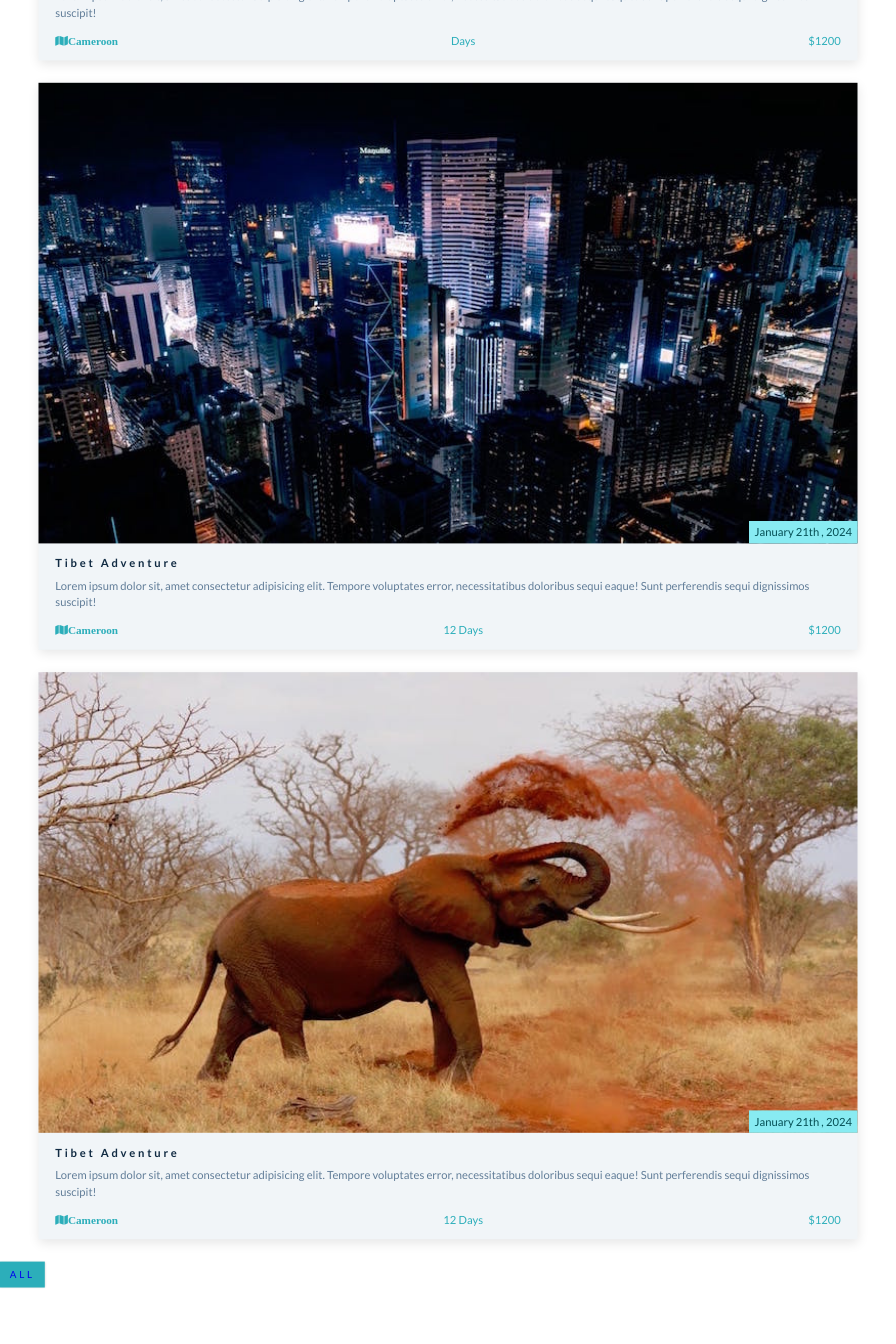
Repository: Ndifoinhilary/flexbox-project
Page: index.html
An editor plug-in stored every save of this project. The page is shown before and after the next save, followed by the edit.
The browser window is 1280 px wide. The pictures show the part of the page from y = 3545 to 5465 px (the page is 5465 px tall), at 70% of full size.

Above is the page before, as saved 2024-01-21 20:01:53.

After the next save:
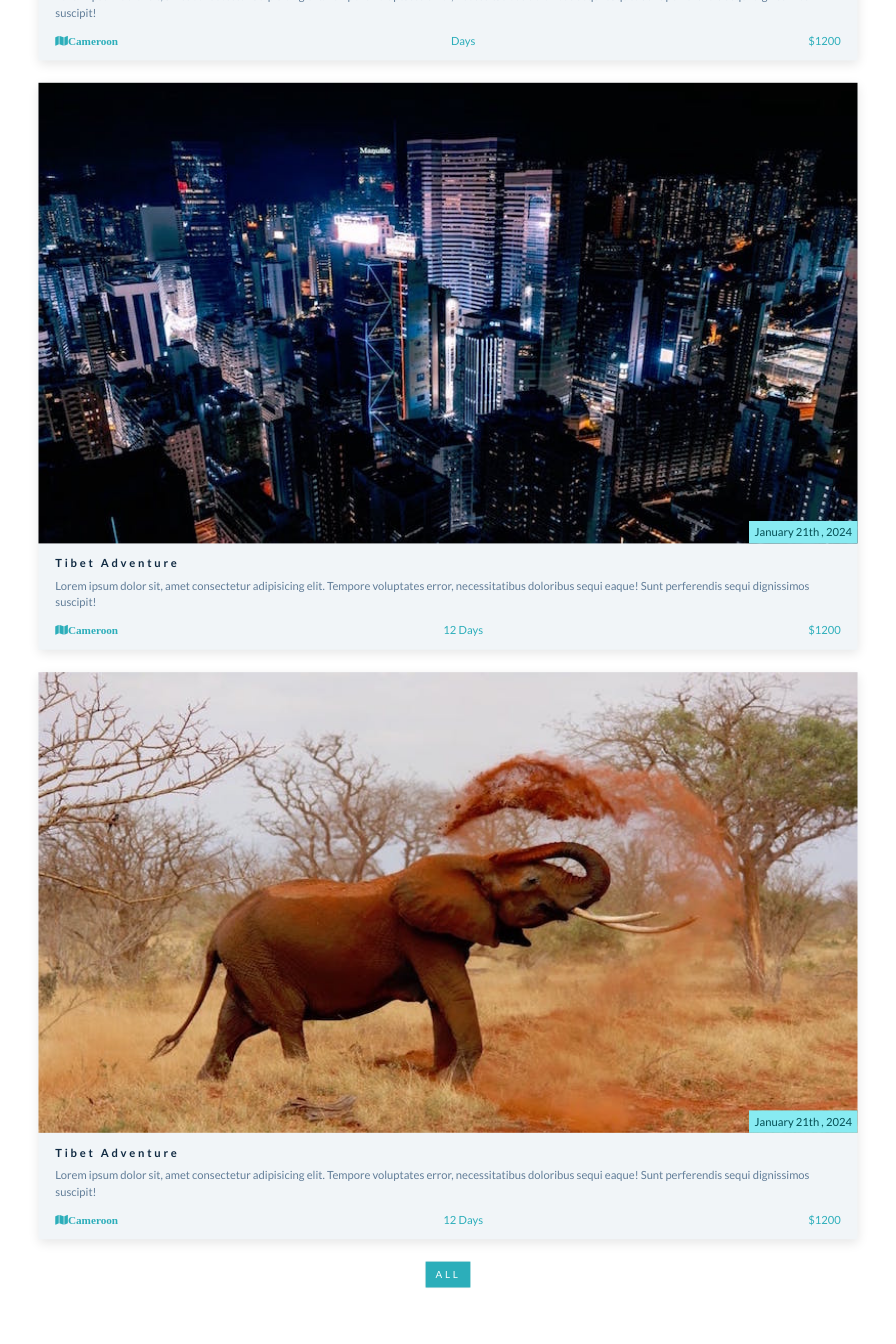
Saved 34 s later.
--- a/index.html
+++ b/index.html
@@ -171,8 +171,8 @@
     </div>
   </article>
  </div>
- <div class="tour-btn btn">
-  <a href="#"> all</a>
+ <div class="tour-btn">
+  <a href="#" class="btn"> all</a>
  </div>
 </section>
 
